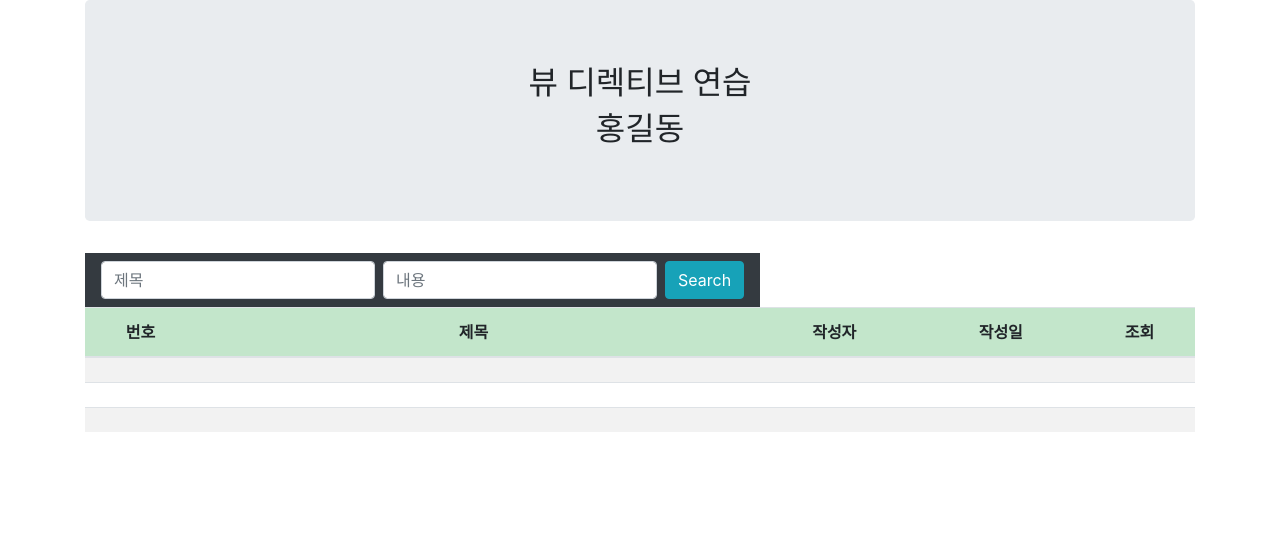
Repository: arongss/java
Page: springweb/src/main/webapp/a02_vue/a02_directive.html
The author's editor kept a copy of each file at every save. The page is drawn from the files as they stood at one save, then again after the next save.
The browser window is 1280 px wide. The pictures show the whole page.

Above is the page before, as saved 2023-02-01 07:31:30.

After the next save:
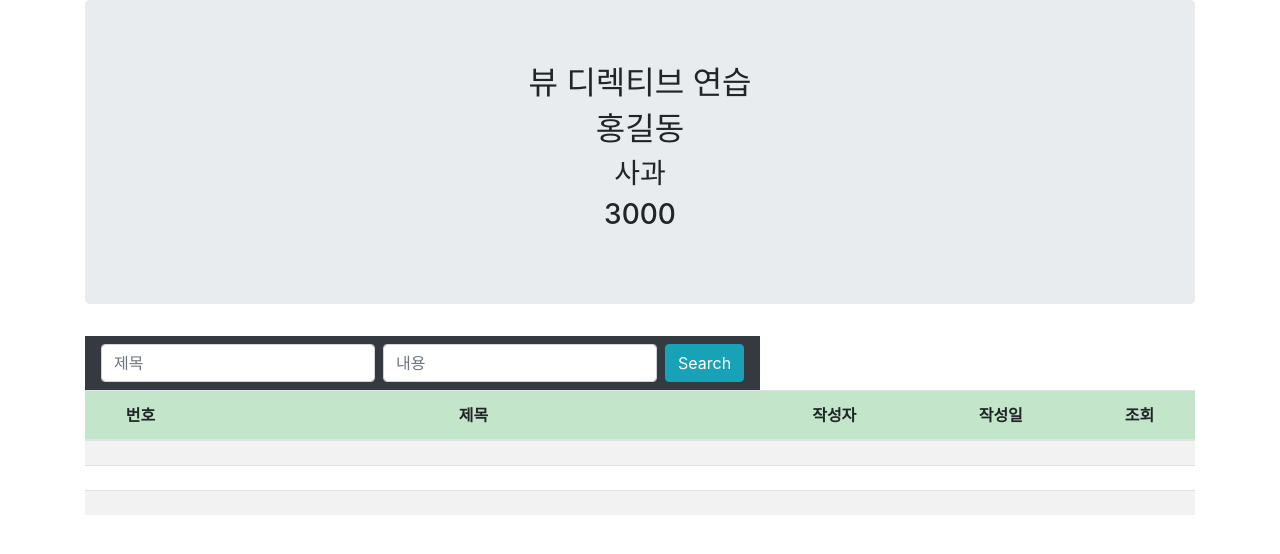
Saved 61 s later.
--- a/springweb/src/main/webapp/a02_vue/a02_directive.html
+++ b/springweb/src/main/webapp/a02_vue/a02_directive.html
@@ -22,7 +22,7 @@
 	$(document).ready(function(){
 		var vm = new Vue({
 			el:".container",
-			data:{msg:"뷰 디렉티브 연습", name:"홍길동"}
+			data:{msg:"뷰 디렉티브 연습", name:"홍길동",pname:"사과",price:3000}
 		})
 	});
 </script>
@@ -34,6 +34,8 @@
 	<div class="jumbotron text-center">
 	  <h2 >{{msg}}</h2>
 	  <h2 v-text="name"></h2>
+	  <h3 v-text="pname"></h3>
+	  <h3 v-text="price"></h3>
 	</div>
 	<form id="frm01" class="form-inline"  method="post">
   	<nav class="navbar navbar-expand-sm bg-dark navbar-dark">
